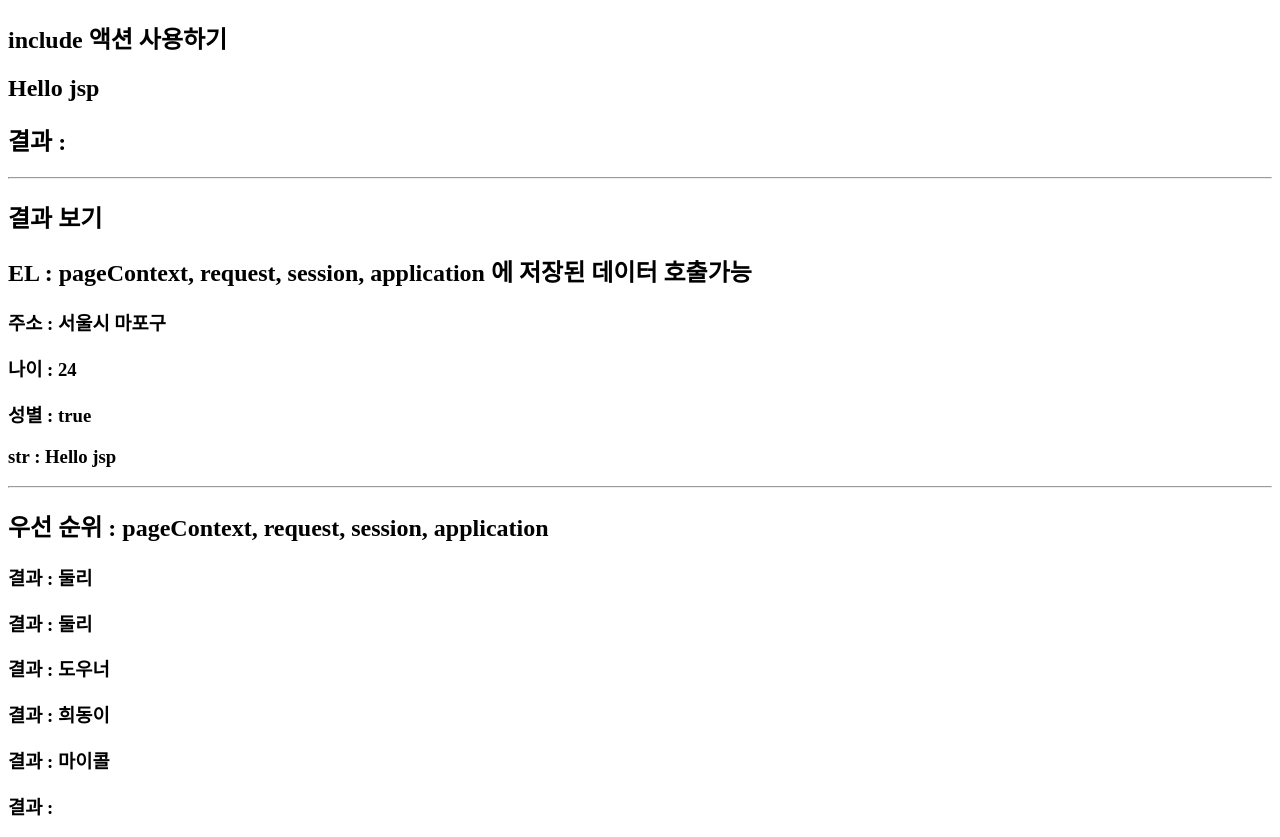
Repository: hagjun/jspstudy
Page: http://localhost/01_servlet/jsp/ex06_ActionTag.jsp
The author's editor kept a copy of each file at every save. The page is drawn from the files as they stood at one save, then again after the next save.
The browser window is 1280 px wide. The pictures show the whole page.
The page is served by Tomcat 9.

Above is the page before, as saved 2024-03-07 00:53:50.

After the next save:
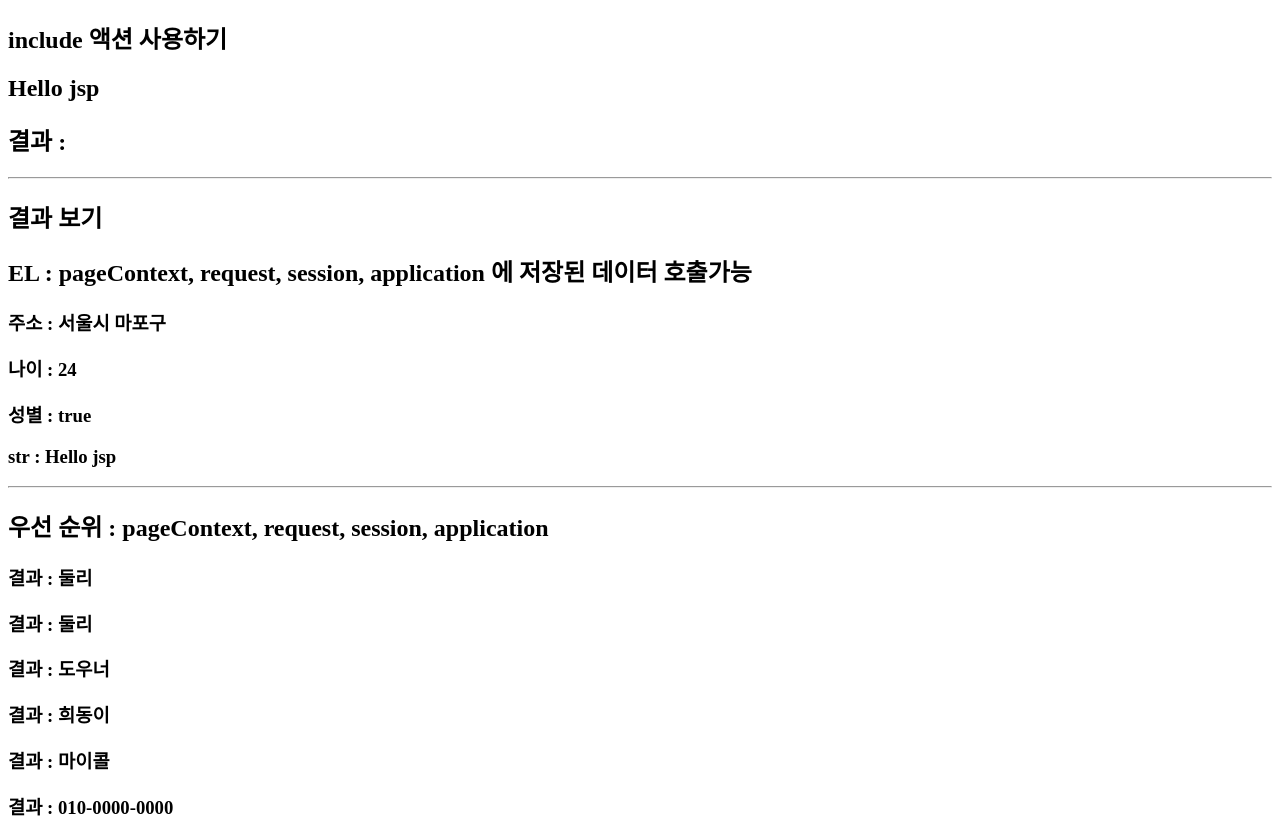
Saved 2 min 28 s later.
--- a/01_servlet/src/main/webapp/jsp/ex06_ActionTag.jsp
+++ b/01_servlet/src/main/webapp/jsp/ex06_ActionTag.jsp
@@ -32,15 +32,17 @@
 	<jsp:include page="ex03_request.jsp"></jsp:include>
 	<hr> --%>
 
- 	<%-- <% request.setAttribute("phone", "010-0000-0000"); %>
+<%--  	<% request.setAttribute("phone", "010-0000-0000"); %>
  	<h2>include 지시어 사용하기</h2>
  	<%@ include file="ex05_pageContext.jsp" %> <!-- 호출한 후 값을 저장하면 결과값이 안나옴 --> --%>
 
 
 
+
+ 	<% request.setAttribute("phone", "010-0000-0000"); %>
  	<h2>include 액션 사용하기</h2>
 	<jsp:include page="ex05_pageContext.jsp">
-		<jsp:param value="010-8454-0338" name="phone" />
+		<jsp:param value="010-0000-0000" name="phone" />
 	</jsp:include>
 
 

After the save that followed:
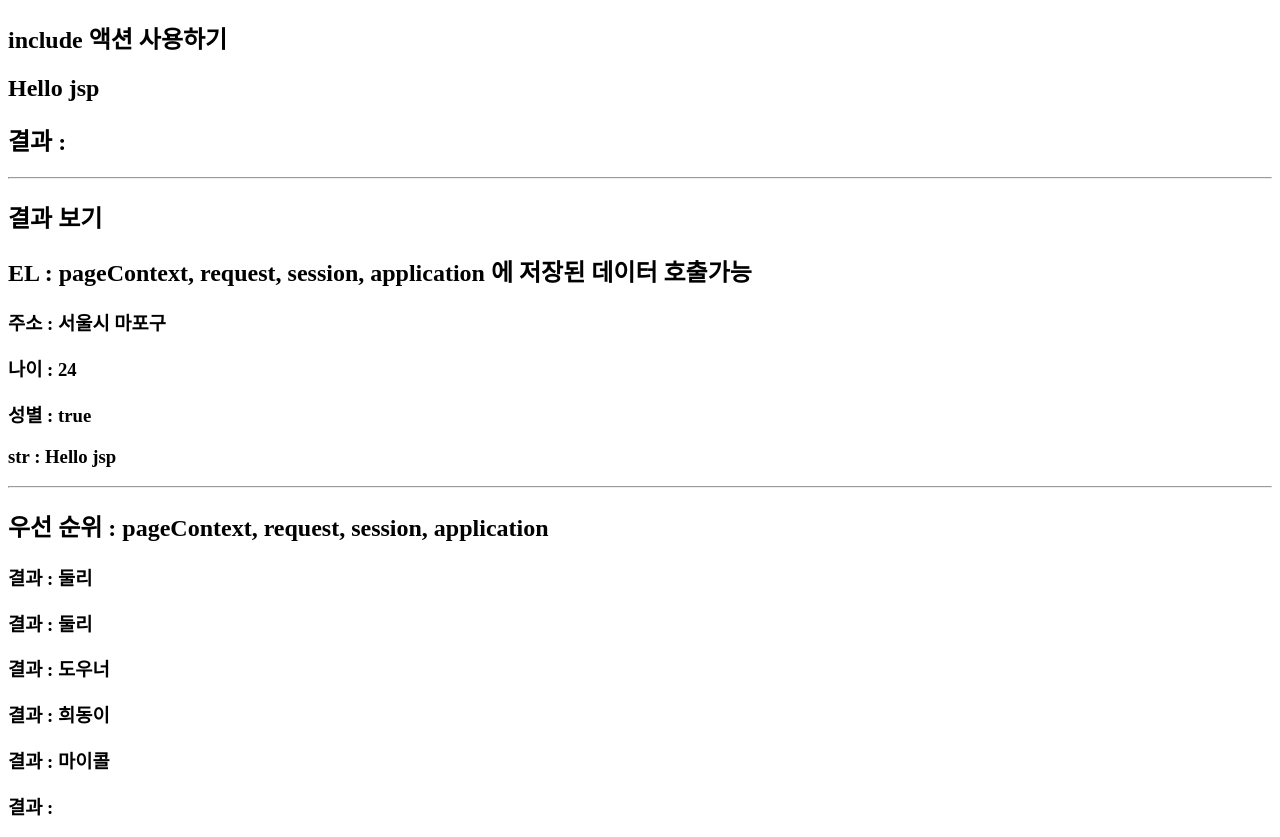
Saved 32 s later.
--- a/01_servlet/src/main/webapp/jsp/ex06_ActionTag.jsp
+++ b/01_servlet/src/main/webapp/jsp/ex06_ActionTag.jsp
@@ -39,7 +39,6 @@
 
 
 
- 	<% request.setAttribute("phone", "010-0000-0000"); %>
  	<h2>include 액션 사용하기</h2>
 	<jsp:include page="ex05_pageContext.jsp">
 		<jsp:param value="010-0000-0000" name="phone" />
